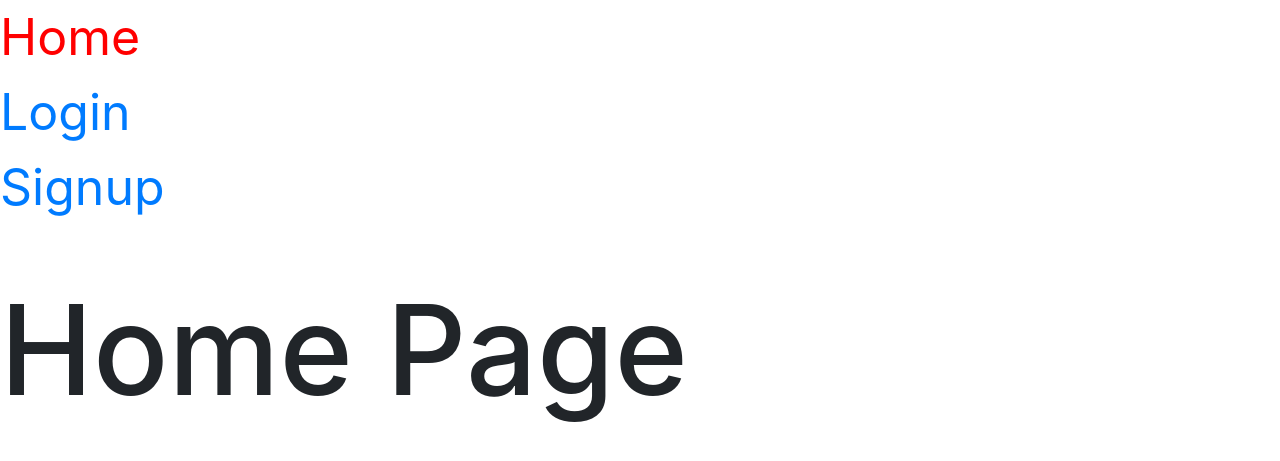
Repository: SCScbc-Projects2022/project-three
Page: / (app in client/)
These files come from the project's save history. The page is drawn as it stood at one moment and after the next save; the edit follows.
The browser window is 1280 px wide. The pictures show the whole page.
The project was rebuilt for these pictures with package versions that can differ from the ones it lists, and the page was loaded fresh each time. Also part of the build but not shown: client/src/utils/mutations.js, client/src/components/LoginForm.js, client/src/components/SignupForm.js.

Above is the page before, as saved 2022-07-18 10:23:45.

After the next save:
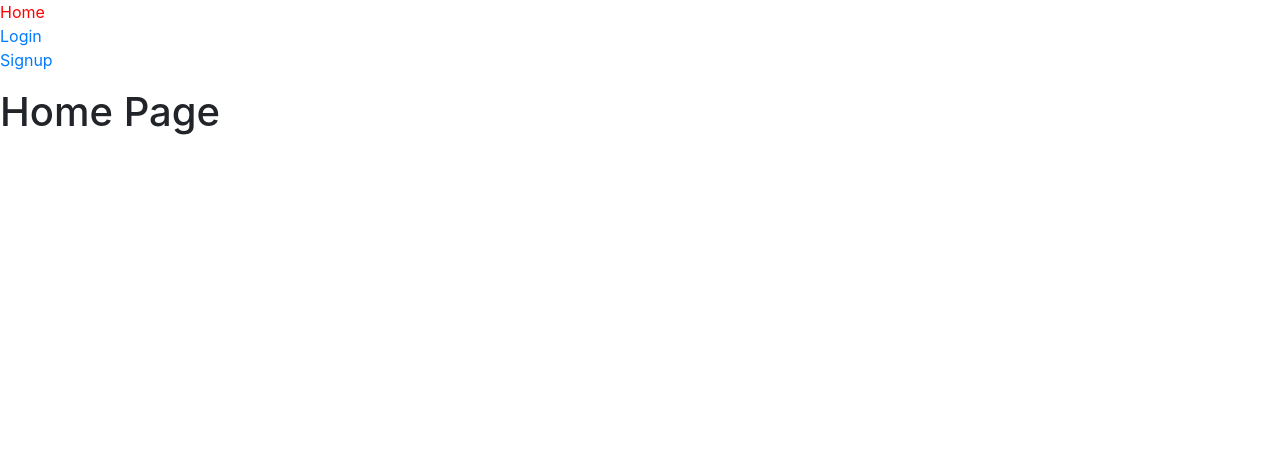
Saved 23 s later.
--- a/client/src/index.css
+++ b/client/src/index.css
@@ -2,7 +2,6 @@
   padding: 0;
   margin: 0;
   box-sizing: border-box;
-  font-size: 50px;
 }
 
 .navItem.active {
